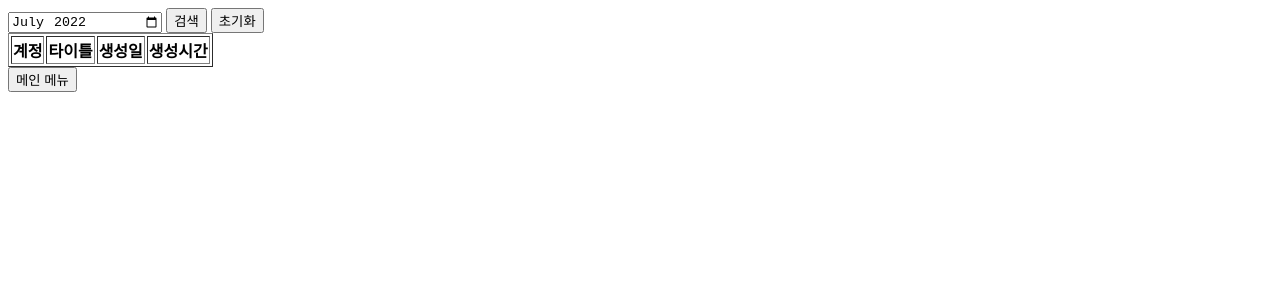
Repository: Rysdne/01_Java
Page: http://localhost/WildcatTest/io/delete.jsp
The author's editor kept a copy of each file at every save. The page is drawn from the files as they stood at one save, then again after the next save.
The browser window is 1280 px wide. The pictures show the whole page.
The page is served by Tomcat 9. Queries for data that is not in the repository find no rows.

Above is the page before, as saved 2022-07-15 04:51:26.

After the next save:
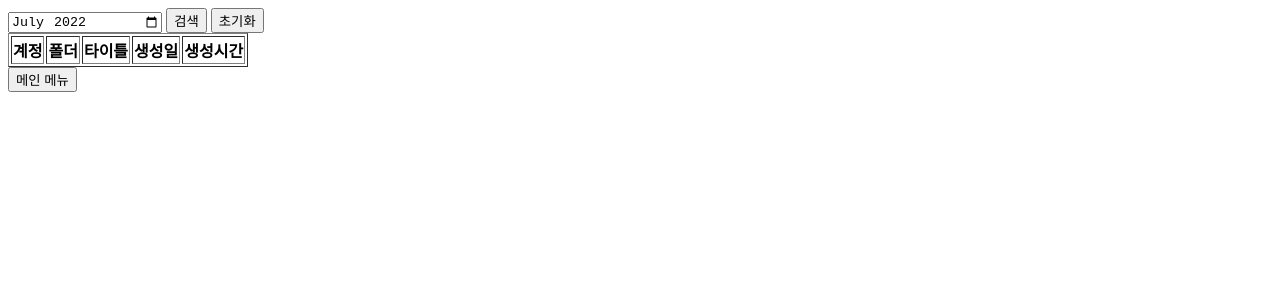
Saved 4 min 50 s later.
--- a/WildcatTest/src/main/webapp/io/delete.jsp
+++ b/WildcatTest/src/main/webapp/io/delete.jsp
@@ -77,6 +77,7 @@ a {
 		<tr class="idxHidden">
 			<th>idx</th>
 			<th>계정</th>
+			<th>폴더</th>
 			<th>타이틀</th>
 			<th>생성일</th>
 			<th>생성시간</th>
@@ -87,6 +88,7 @@ a {
 		<tr id="tBody" class="idxHidden">
 			<td><%=rs.getLong("idx")%></td>
 			<td><%=rs.getString("id")%></td>
+			<td><%=rs.getString("subfolder")%></td>
 			<td><%=rs.getString("title")%></td>
 			<td><%=rs.getString("cdate")%></td>
 			<td><%=rs.getString("ctime")%></td>
